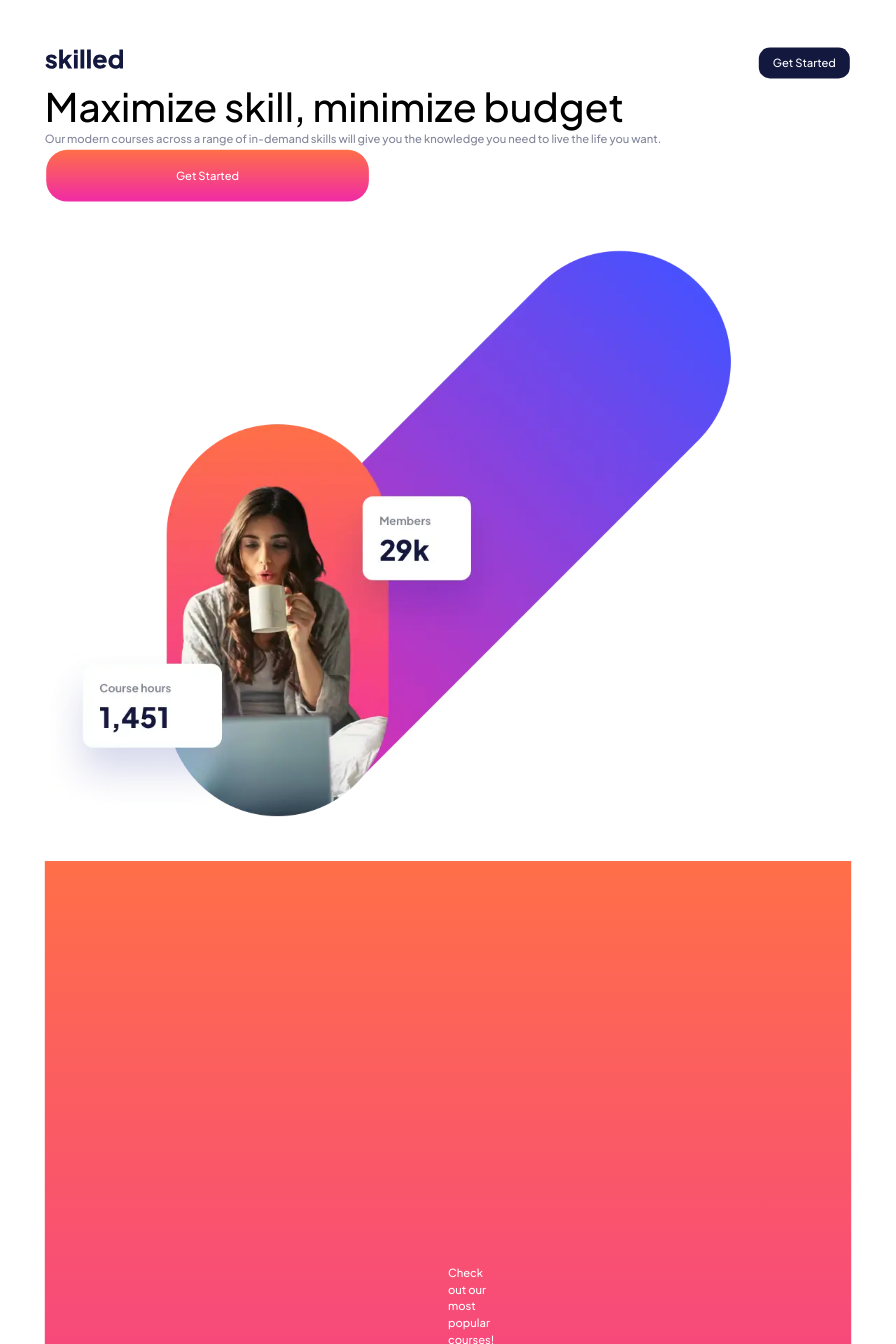
Repository: blordeus/Skilled-e-learning-landing-page
Page: index.html
An editor plug-in stored every save of this project. The page is shown before and after the next save, followed by the edit.
The browser window is 1280 px wide. The pictures show the part of the page from y = 0 to 1920 px (the page is 2954 px tall before and 2931 px after), at 70% of full size.

Above is the page before, as saved 2023-06-17 20:07:28.

### index.html
<!DOCTYPE html>
<html lang="en">
<head>
  <meta charset="UTF-8">
  <meta name="viewport" content="width=device-width, initial-scale=1.0">
  <link rel="stylesheet" href="style.css">
  <link rel="stylesheet" href="output.css">
  <link rel="preconnect" href="https://fonts.googleapis.com">
  <link rel="preconnect" href="https://fonts.gstatic.com" crossorigin>
  <link href="https://fonts.googleapis.com/css2?family=Plus+Jakarta+Sans:wght@500;700;800&display=swap" rel="stylesheet">
  <link rel="icon" type="image/png" sizes="32x32" href="./assets/favicon-32x32.png">

  <title>Frontend Mentor | Skilled e-learning landing page</title>
</head>
<body class="min-h-screen w-full">

  <main>
    <div class="grid grid-flow-col place-content-between navbar">
      <img src="./assets/logo-dark.svg" alt="logo dark" class="logo">
      <button class="button rounded-full bg-skilled-color2">Get Started</button>
    </div >

    <div class="hero-section grid grid-flow-row">
      <h1 class="text-heading-xl leading-70 sm:text-heading-l sm:leading-51">Maximize skill, minimize budget</h1>
      <p class="text-skilled-color3 text-body-m leading-28 pb-4">
        Our modern courses across a range of in-demand skills will give you the
        knowledge you need to live the life you want.
      </p>
      <button class="button-gradient1">Get Started</button>
      </div>

      <div>
        <picture>
          <source srcset="/assets/image-hero-desktop.webp, /assets/image-hero-desktop@2x.webp 2x" type="image/webp"
            media="(min-width: 75em)">
          <source srcset="/assets/image-hero-desktop.png, /assets/image-hero-desktop@2x.png 2x" type="image/png"
            media="(min-width: 75em)">
          <source srcset="/assets/image-hero-tablet.webp, /assets/image-hero-tablet@2x.webp 2x" type="image/webp"
            media="(min-width: 45em)">
          <source srcset="/assets/image-hero-tablet.png, /assets/image-hero-tablet@2x.png 2x" type="image/png"
            media="(min-width: 45em)">
          <source srcset="/assets/image-hero-mobile.webp, /assets/image-hero-mobile@2x.webp 2x" type="image/webp">
          <source srcset="/assets/image-hero-mobile.png, /assets/image-hero-mobile@2x.png 2x" type="image/png">
          <img src="/assets/image-hero-mobile.png" alt="29k members and 1,451 course hours">
        </picture>
      </div>
    </div>



    <section>
      <div class="grid popular-bg">
      <h2>Check out our most popular courses!</h2>
      </div>

      <div class="grid grid-flow-col">
        <h2>Animation</h2>
        Learn the latest animation techniques to create stunning motion
        design and captivate your audience.
        <p class="text-skilled-color4">Get Started</p>
        <h2>Design</h2>
        Create beautiful, usable interfaces to help shape the future of
        how the web looks.
        <p  class="text-skilled-color4">Get Started</p>
        <h2>Photography</h2>
        Explore critical fundamentals like lighting, composition, and focus
        to capture exceptional photos.
        <p  class="text-skilled-color4">Get Started</p>
        <h2>Crypto</h2>
        All you need to know to get started investing in crypto. Go from beginner
        to advanced with this 54 hour course.
        <p  class="text-skilled-color4">Get Started</p>
        <h2>Business</h2>
        A step-by-step playbook to help you start, scale, and sustain your business
        without outside investment.
        <p class="text-skilled-color4">Get Started</p>
      </div>

    </section>
    <footer class="footer bg-skilled-color2">
      <div class="grid grid-flow-col place-content-between">
        <img src="./assets/logo-light.svg" alt="" class="logo">
        <button class="button-gradient2">Get Started</button>
      </div>
  </footer>
  </main>

</body>
</html>

### style.css
@import url('https://fonts.googleapis.com/css2?family=Plus+Jakarta+Sans:wght@500;700;800&display=swap');

.popular-bg{
    background: linear-gradient(to bottom, #FF6F48, #F02AA6);
    padding: 50%;
    text-align: start;
    color: white;
    display: grid;
}

.button {
    background-color: #13183F;
    border: none;
    color: white;
    padding: 10px 20px;
    text-align: center;
    text-decoration: none;
    display: inline-block;
    margin: 4px 2px;
    cursor: pointer;
    border-radius: 16px;
  }
  .button-gradient1 {
    background: linear-gradient(to bottom, #FF6F48, #F02AA6);
    border: none;
    color: white;
    padding: 25px 20px;
    text-align: center;
    text-decoration: none;
    display: inline-block;
    margin: 4px 2px;
    cursor: pointer;
    border-radius: 30px;
    width: 40%;
  }
  .button-gradient2 {
    background: linear-gradient(to bottom, #4851FF, #F02AA6);
    border: none;
    color: white;
    padding: 10px 20px;
    text-align: center;
    text-decoration: none;
    display: inline-block;
    margin: 4px 2px;
    cursor: pointer;
    border-radius: 16px;
  }

  .logo {
    transform: translateY(20%);
  }

body {
  padding: 5%;
}

Loaded but not shown: output.css (2355 lines, source omitted)

After the next save:
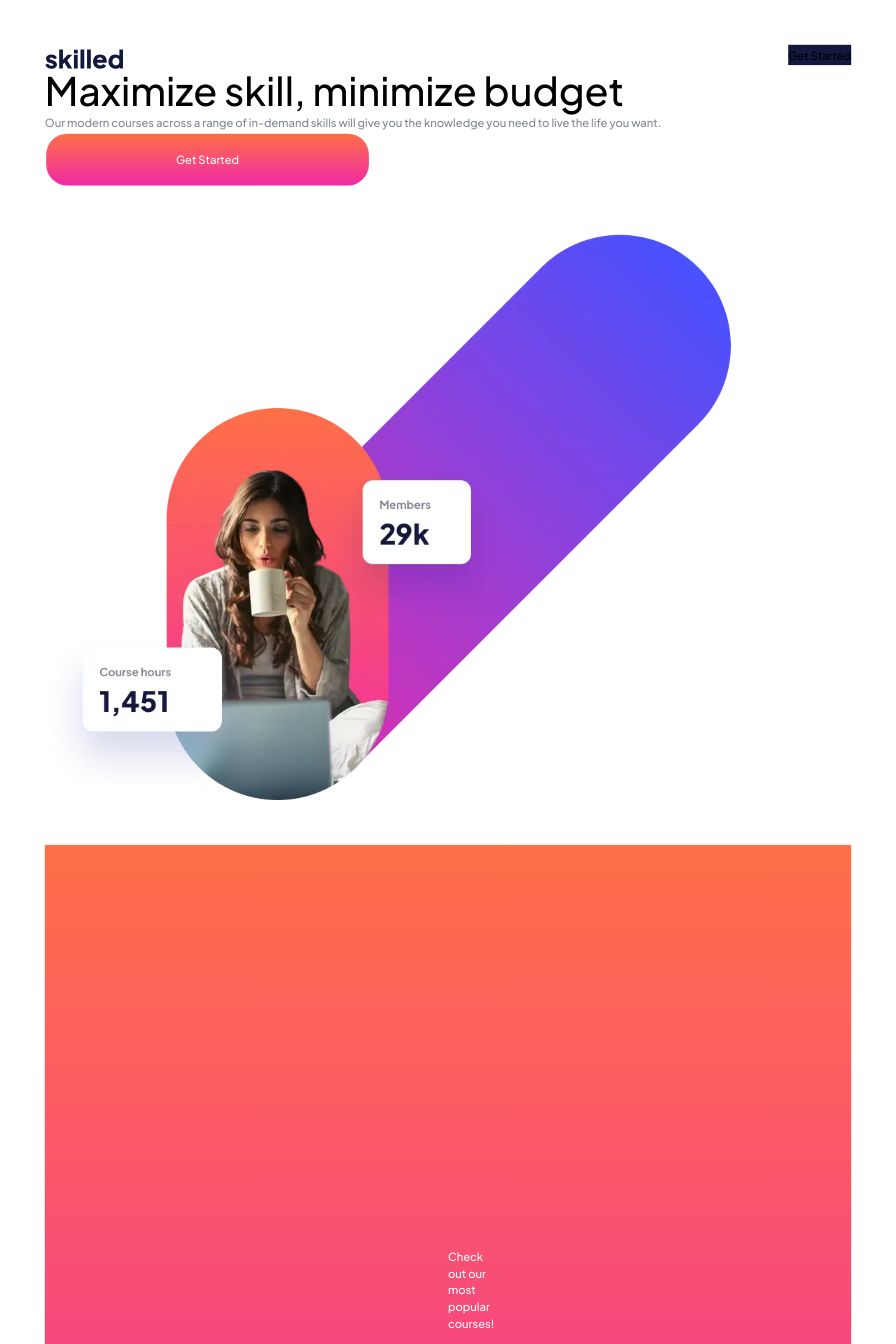
Saved 15 s later.
--- a/index.html
+++ b/index.html
@@ -17,7 +17,7 @@
   <main>
     <div class="grid grid-flow-col place-content-between navbar">
       <img src="./assets/logo-dark.svg" alt="logo dark" class="logo">
-      <button class="button rounded-full bg-skilled-color2">Get Started</button>
+      <button class=" rounded-full bg-skilled-color2">Get Started</button>
     </div >
 
     <div class="hero-section grid grid-flow-row">
